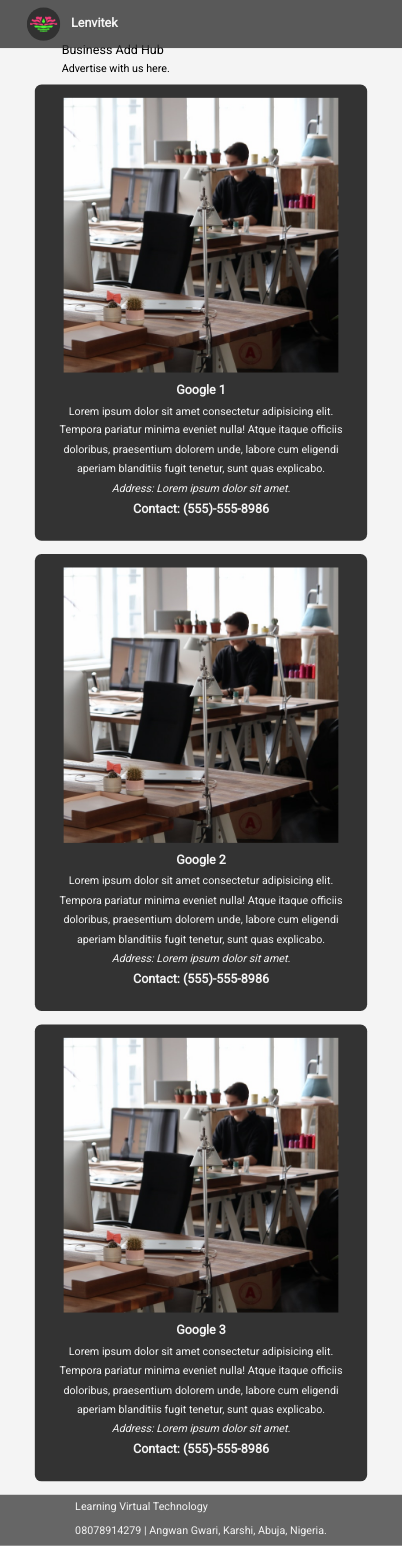
Repository: mxhdiqaim/lenviteck
Page: dist/businessAddHub.html
The author's editor kept a copy of each file at every save. The page is drawn from the files as they stood at one save, then again after the next save.
The browser window is 600 px wide. The pictures show the whole page, at 67% of full size.
Some web libraries are served in a nearby version. The style sheet was rebuilt from its Sass, Less or Tailwind sources for each picture, by a compiler version that may differ from the author's.

Above is the page before, as saved 2021-05-07 16:20:36.

### dist/businessAddHub.html
<!DOCTYPE html>
<html lang="en">
<head>
    <meta charset="UTF-8">
    <meta http-equiv="X-UA-Compatible" content="IE=edge">
    <meta name="viewport" content="width=device-width, initial-scale=1.0">
    <link rel="icon" href="../img/favicon.ico" type="image/x-icon" />
    <link rel="stylesheet" href="./styles/main.css">
    <link rel="stylesheet" href="https://pro.fontawesome.com/releases/v5.10.0/css/all.css"
    integrity="sha384-AYmEC3Yw5cVb3ZcuHtOA93w35dYTsvhLPVnYs9eStHfGJvOvKxVfELGroGkvsg+p" crossorigin="anonymous" />
    <title>Lenviteck | Business Add Hub.</title>
</head>
<body>

    <section class="content">
        <nav class="navbar bg-dark">
            <div class="logo-div">
                <img src="../img/LOGO.jpeg" class="logo" alt="">
                <h1>Lenvitek</h1>
            </div>
        </nav>


        <section class="container">
            <div class="business-add-hub">
                <h1>Business Add Hub</h1>
                <p>Advertise with us here.</p>
            </div>
            <div class="section-2">
                <div class="company company-1">
                    <img src="../img/img.jpg" alt="">
                    <div>
                        <h1>Google 1</h1>
                        <p>Lorem ipsum dolor sit amet consectetur adipisicing elit. Tempora pariatur minima eveniet nulla! Atque itaque officiis doloribus, praesentium dolorem unde, labore cum eligendi aperiam blanditiis fugit tenetur, sunt quas explicabo.</p>
                        <address>Address: Lorem ipsum dolor sit amet.</address>
                        <h1>Contact: (555)-555-8986</h1>
                    </div>
                </div>
                <div class="company company-1">
                    <img src="../img/img.jpg" alt="">
                    <div>
                        <h1>Google 2</h1>
                        <p>Lorem ipsum dolor sit amet consectetur adipisicing elit. Tempora pariatur minima eveniet nulla! Atque itaque officiis doloribus, praesentium dolorem unde, labore cum eligendi aperiam blanditiis fugit tenetur, sunt quas explicabo.</p>
                        <address>Address: Lorem ipsum dolor sit amet.</address>
                        <h1>Contact: (555)-555-8986</h1>
                    </div>
                </div>
                <div class="company company-1">
                    <img src="../img/img.jpg" alt="">
                    <div>
                        <h1>Google 3</h1>
                        <p>Lorem ipsum dolor sit amet consectetur adipisicing elit. Tempora pariatur minima eveniet nulla! Atque itaque officiis doloribus, praesentium dolorem unde, labore cum eligendi aperiam blanditiis fugit tenetur, sunt quas explicabo.</p>
                        <address>Address: Lorem ipsum dolor sit amet.</address>
                        <h1>Contact: (555)-555-8986</h1>
                    </div>
                </div>

            </div>
        </section>
    </section>

    <footer>
       <div class="container-1">
           <div id="copy"></div>
       </div>
    </footer>

    <script>

        const date = new Date().getFullYear();

        document.getElementById("copy").innerHTML = ` <p>Learning Virtual Technology </p> <p>08078914279 | Angwan Gwari, Karshi, <span>Abuja, Nigeria</span>. </p>`;
    </script>
</body>
</html>

### dist/styles/main.scss
// Import
@import url('https://fonts.googleapis.com/css?family=Roboto');

// Global variables
$primary-color: #dc3545;
$dark-color: #333333;
$light-color: #f4f4f4;
$danger-color: #dc3545;
$success-color: #28a745;

// Functions
@function set-text-color($color) {
  @if (lightness($color) > 40) {
    @return #000;
  } @else {
    @return #fff;
  }
}

* {
  padding: 0;
  margin: 0;
  box-sizing: border-box;
}

body {
  font-family: 'Roboto', sans-serif;
  font-size: 1rem;
  line-height: 1.6;
  color: set-text-color($light-color);
  background: $light-color;
}


a {
  color: set-text-color($light-color);
  text-decoration: none;
}

ul {
  list-style: none;
}

img {
  width: 100%;
}

.logo-div {
  display: flex;
  justify-content: flex-start;
  align-items: center;

  img, h1 {
    margin: 0 8px 0;
  }

  img {
    width: 50px;
    border-radius: 50%;
  }
}

.container {
  max-width: 1100px;
  margin: auto;
  overflow: hidden;
  padding: 0 2rem;
}

.container-1 {
  max-width: 1100px;
  margin-left: 100px;
  overflow: hidden;
  padding: 0 2rem;
}

.section-1 {
  padding: 20px 10px;
  background: $dark-color;
  color: $light-color;
  margin: 10px auto;
  border-radius: 10px;
  // height: calc(100vh - 100px);
  margin-top: 70px;

  .works-list {
    padding: 10px;
    width: 100%;
    transition: all .3s ease;

    ul li a {
      color: $light-color;
      transition: color .3s ease;

      &:hover {
        color: darken($light-color, 10);
      }
    }
  }
}

// cards
.card {
  padding: .5rem;
  border: #444 1px solid;
  border-radius: 5px;
  margin: 0.5rem 0;
}

.btn {
  display: inline-block;
  background: light-color;
  border-radius: 5px;
  padding: 0.4rem 1.3rem;
  font-size: 1rem;
  border: none;
  cursor: pointer;
  margin-right: 0.5rem;
  transition: opacity 0.2s ease-in;
  outline: none;
  background-color: lighten($dark-color, 10);
  color: $light-color;
  display: block;
  width: 100%;
  position: relative;

  span {
    position: absolute;
    right: 10px;
  }
}

.btn:hover {
  background-color: lighten($dark-color, 15);
}

input {
  margin: 1.2rem 0;
}

.btn-primary,
.bg-primary,
.badge-primary,
.alert-primary {
  background: $primary-color;
  color: #fff;
}

.btn-light,
.bg-light,
.badge-light,
.alert-light {
  background: $light-color;
  color: #333;
}

.btn-dark,
.bg-dark,
.badge-dark,
.alert-dark {
  background: $dark-color;
  color: #fff;
}

.btn-danger,
.bg-danger,
.badge-danger,
.alert-danger {
  background: $danger-color;
  color: #fff;
}

.btn-success,
.bg-success,
.badge-success,
.alert-success {
  background: $success-color;
  color: #fff;
}

.btn-white,
.bg-white,
.badge-white,
.alert-white {
  background: #fff;
  color: #333;
  border: #ccc solid 1px;
}



.bg-light,
.badge-light {
  border: #ccc solid 1px;
}

.navbar {
  display: flex;
  justify-content: space-between;
  align-items: center;
  padding: 0.7rem 2rem;
  z-index: 1;
  width: 100%;
  background: $dark-color;
  opacity: 0.8;
  color: $light-color;
  margin-bottom: 1rem;
  position: fixed;
  top: 0;
  // margin: 5px ;
}

.navbar ul {
  display: flex;
}

.navbar a {
  color: #fff;
  padding: 0.45rem;
  margin: 0 0.25rem;
}

.navbar a:hover {
  color: $light-color;
}


// Drop Down Menu


// Footer
footer {
  background: lighten($dark-color, 20);
  display: flex;
  flex-direction: column;
  justify-content: flex-start;
  align-items: flex-start;
  color: $light-color;
  padding-top: 5px;
  padding-bottom: -2px;

  ul {
    display: flex;

    li {
      margin: 10px;

      a {
        transition: all .3s ease;
        color: $light-color;

        &:hover {
          color: darken($light-color, 10);
        }
      }

    }
  }

  p {
    margin-bottom: 10px;
  }
}

// Media Query
@media (max-width: 700px) {
  .hide-sm {
    display: none;
  }

  /* Navbar */
  .navbar {
    display: block;
  }

  .navbar ul {
    text-align: center;
    justify-content: center;
  }

  // Footer
  .container-1 {
    max-width: 1100px;
    // margin-left: 100px;
    margin: auto;
    text-align: left;
    overflow: hidden;
    padding: 0 2rem;
  }

  /*
  * Business Add Hub
  */

  .company {
    flex-direction: column;
    text-align: center;

    img {
      width: 90% !important;
      margin: auto;
    }
  }

  .business-add-hub {
    position: relative;
    top: 60px;
    left: 60px !important;
  }

  .mr-1 {
    margin-left: -30px !important;
  }

  .section-2 {
    margin-top: 70px;

  }

  .business-add-hub {
    margin: auto !important;
    padding: auto !important;
    // margin: auto;
    position: absolute;

    h1 {
      font-weight: 500;
    }
  }

}

/*
 * Business Add Hub
*/


.business-add-hub {
  margin: 95px 0 0 25px;
  position: relative;

  h1 {
    font-weight: 500;
  }
}

.company {
  display: flex;
  padding: 10px;
  background: $dark-color;
  margin: 20px;
  border-radius: 10px;
  padding: 20px;

  div {
    padding: 10px;
    line-height: 1.8;
    // background: darken($light-color, 30);


  }
  img {
    width: 200px;

  }

}


.section-2 {
  color: $light-color;
  border-radius: 10px;
  // margin-top: 70px;

}

After the next save:
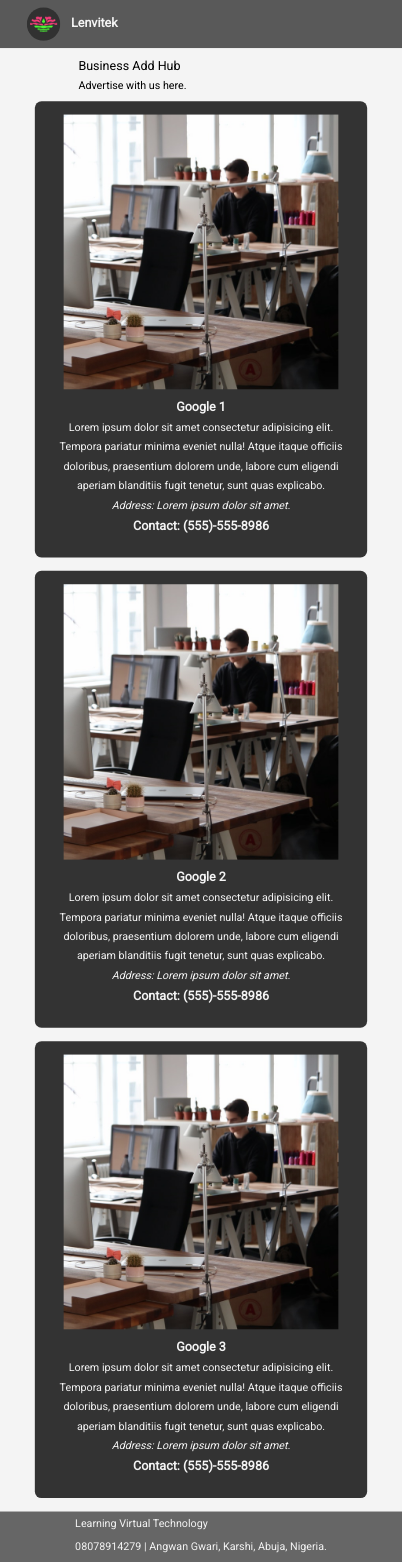
Saved 12 s later.
--- a/dist/styles/main.scss
+++ b/dist/styles/main.scss
@@ -318,8 +318,7 @@
   }
 
   .business-add-hub {
-    margin: auto !important;
-    padding: auto !important;
+    margin: 25px !important;
     // margin: auto;
     position: absolute;
 
